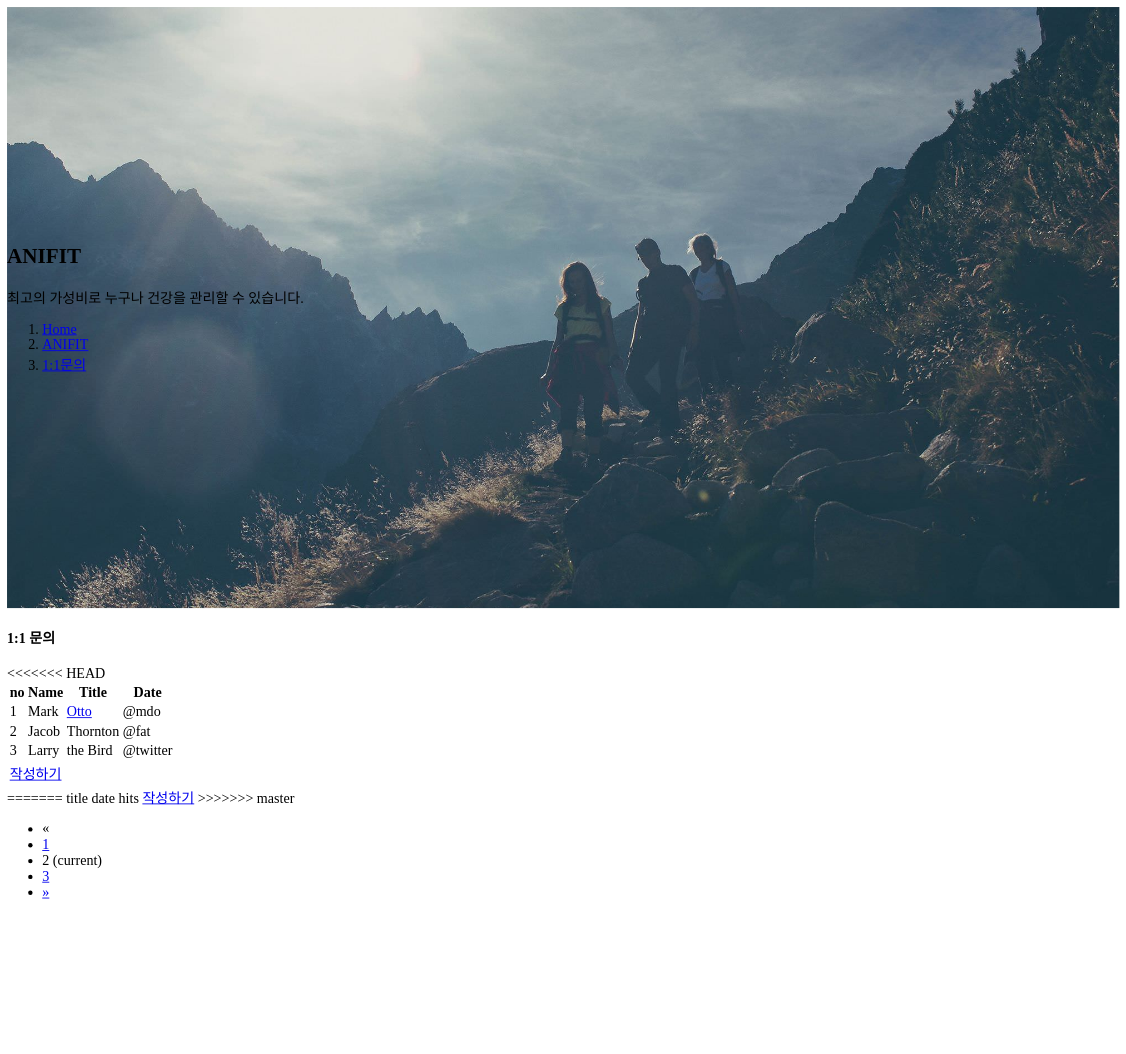
Repository: sjhello/Kitri_SpringProject
Page: http://localhost/SpringProject/WEB-INF/views/notice/notice.jsp
These files come from the project's save history. The page is drawn as it stood at one moment and after the next save; the edit follows.
The browser window is 1280 px wide. The pictures show the whole page, at 88% of full size.
The page is served by Tomcat 9. Nobody is signed in. Other server files are loaded and not shown. The template is opened directly, without the code that normally fills it, so the values that code supplies are empty.

Above is the page before, as saved 2018-12-04 05:21:36.

### SpringProject/src/main/webapp/WEB-INF/views/notice/notice.jsp
<%@ page language="java" contentType="text/html; charset=UTF-8"
    pageEncoding="UTF-8"%>

 <%@taglib prefix="c" uri="http://java.sun.com/jsp/jstl/core" %>


<section id="page-title" class="page-title-parallax page-title-dark" style="padding: 250px 0; background-image: url('images/about/parallax.jpg'); background-size: cover; background-position: center center;" data-bottom-top="background-position:0px 400px;" data-top-bottom="background-position:0px -500px;">

			<div class="container clearfix">
				<h1>ANIFIT</h1>
				<span>최고의 가성비로 누구나 건강을 관리할 수 있습니다.</span>
				<ol class="breadcrumb">
					<li class="breadcrumb-item"><a href="main.do">Home</a></li>
					<li class="breadcrumb-item"><a href="#">ANIFIT</a></li>
					<li class="breadcrumb-item active" aria-current="page"><a href="qa.do">1:1문의</a></li>
				</ol>
			</div>

		</section><!-- #page-title end -->

		<!-- Content
		============================================= -->
		<section id="content">
			<div class="content-wrap">
				<div class="container clearfix" style="margin-bottom: 175px;">
					<h4>1:1 문의</h4>
					<div class="col_one">
						<table class="table table-striped">
						  <thead>
							<tr>
							  <th>no</th>
<<<<<<< HEAD
							  <th>Name</th>
							  <th>Title</th>
							  <th>Date</th>
							</tr>
						  </thead>
						  <tbody>
							<tr>
							  <td>1</td>
							  <td>Mark</td>
							  <td><a href="qaDetail11.do">Otto</a></td>
							  <td>@mdo</td>
							</tr>
							<tr>
							  <td>2</td>
							  <td>Jacob</td>
							  <td>Thornton</td>
							  <td>@fat</td>
							</tr>
							<tr>
							  <td>3</td>
							  <td>Larry</td>
							  <td>the Bird</td>
							  <td>@twitter</td>
							</tr>
							<tr>
								<td colspan="4"><a href="qaWrite.do" class="btn btn-secondary btn-sm fright">작성하기</a></td>
							</tr>
						  </tbody>
						</table>
=======
							  <th>title</th>
							  <th>date</th>
							  <th>hits</th>
							</tr>
						  </thead>
						  <tbody>
						    <c:forEach var="list" items="${list }">
							<tr>
							  <td>${list.num}</td>
							  <td><a href="noticeDetail.do?num=${list.num }">${list.title}</a></td>
							  <td>${list.reg_date}</td>
							  <td>${list.hits}</td>
							</tr>
						    </c:forEach>
						  </tbody>
						</table>
						<a href="notice-write.do" class="btn btn-secondary btn-sm fright">작성하기</a>
>>>>>>> master
						<nav aria-label="Page navigation example">
						  <ul class="pagination">
						    <li class="page-item disabled">
						      <span class="page-link">&laquo;</span>
						    </li>
						    <li class="page-item"><a class="page-link" href="#">1</a></li>
						    <li class="page-item active">
						      <span class="page-link">
						        2
						        <span class="sr-only">(current)</span>
						      </span>
						    </li>
						    <li class="page-item"><a class="page-link" href="#">3</a></li>
						    <li class="page-item">
						      <a class="page-link" href="#">&raquo;</a>
						    </li>
						  </ul>
						</nav>
					</div>
				</div>
			</div>
		</section><!-- #content end -->

After the next save:
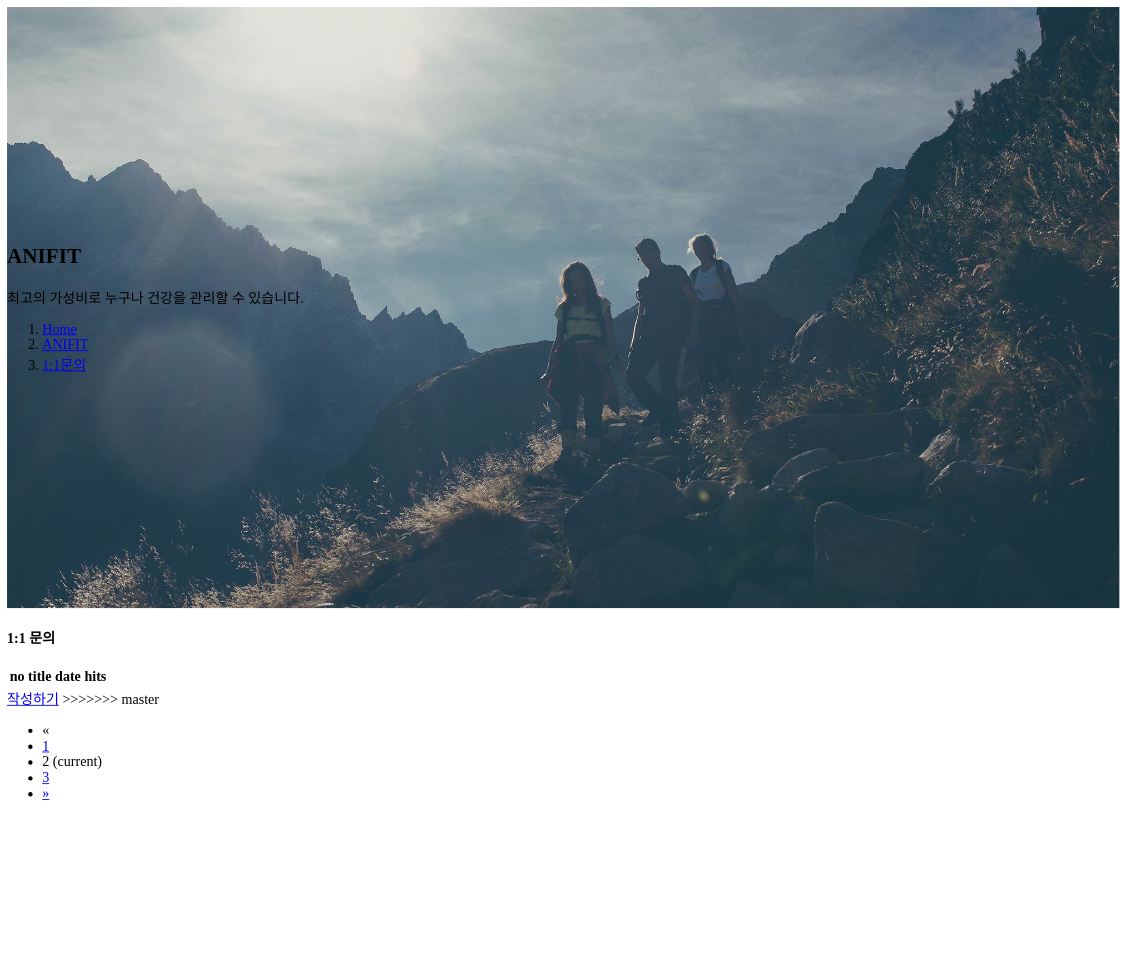
Saved 22 s later.
--- a/SpringProject/src/main/webapp/WEB-INF/views/notice/notice.jsp
+++ b/SpringProject/src/main/webapp/WEB-INF/views/notice/notice.jsp
@@ -29,37 +29,6 @@
 						  <thead>
 							<tr>
 							  <th>no</th>
-<<<<<<< HEAD
-							  <th>Name</th>
-							  <th>Title</th>
-							  <th>Date</th>
-							</tr>
-						  </thead>
-						  <tbody>
-							<tr>
-							  <td>1</td>
-							  <td>Mark</td>
-							  <td><a href="qaDetail11.do">Otto</a></td>
-							  <td>@mdo</td>
-							</tr>
-							<tr>
-							  <td>2</td>
-							  <td>Jacob</td>
-							  <td>Thornton</td>
-							  <td>@fat</td>
-							</tr>
-							<tr>
-							  <td>3</td>
-							  <td>Larry</td>
-							  <td>the Bird</td>
-							  <td>@twitter</td>
-							</tr>
-							<tr>
-								<td colspan="4"><a href="qaWrite.do" class="btn btn-secondary btn-sm fright">작성하기</a></td>
-							</tr>
-						  </tbody>
-						</table>
-=======
 							  <th>title</th>
 							  <th>date</th>
 							  <th>hits</th>
